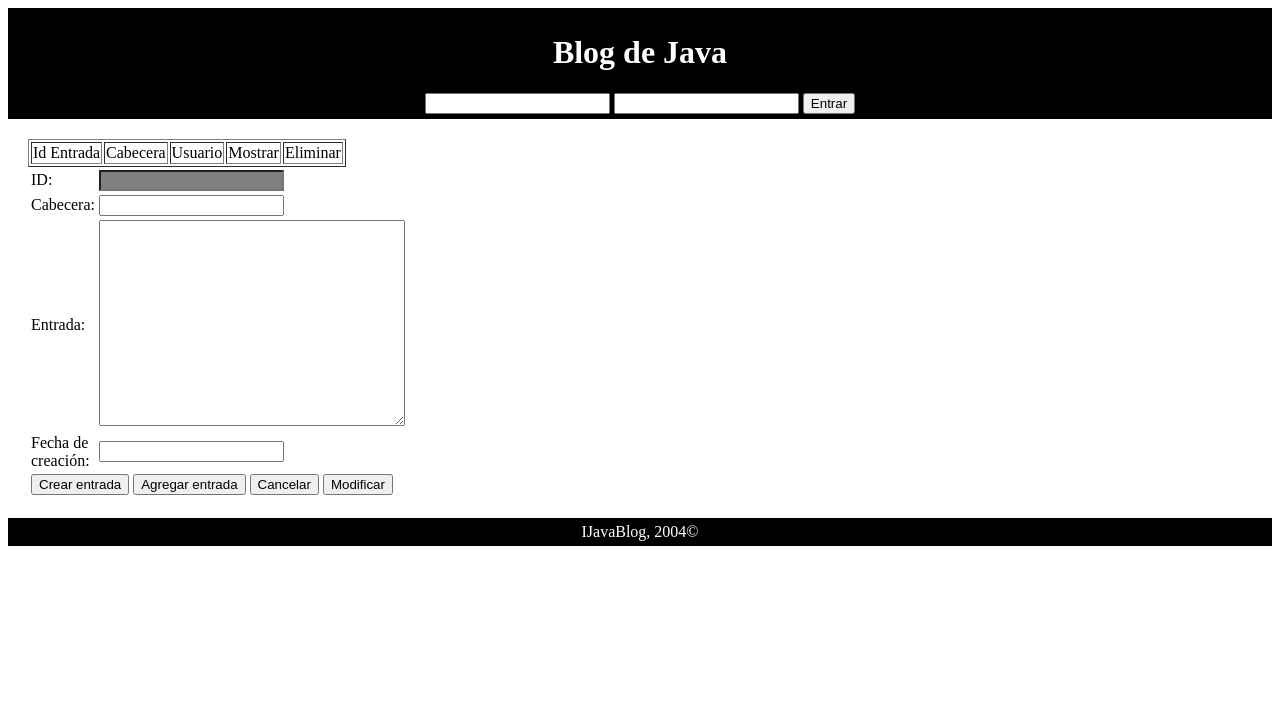
Repository: alruis/IJavaDreamBlog
Page: http://localhost/IJavaBlog/jsp/blog/inicio.jsp
An editor plug-in stored every save of this project. The page is shown before and after the next save, followed by the edit.
The browser window is 1280 px wide. The pictures show the whole page.
The page is served by Tomcat 9. Nobody is signed in. The application's start-up code is not run. The template is opened directly, without the code that normally fills it, so the values that code supplies are empty.

Above is the page before, as saved 2014-09-25 07:51:54.
Console error: ReferenceError: init is not defined

After the next save:
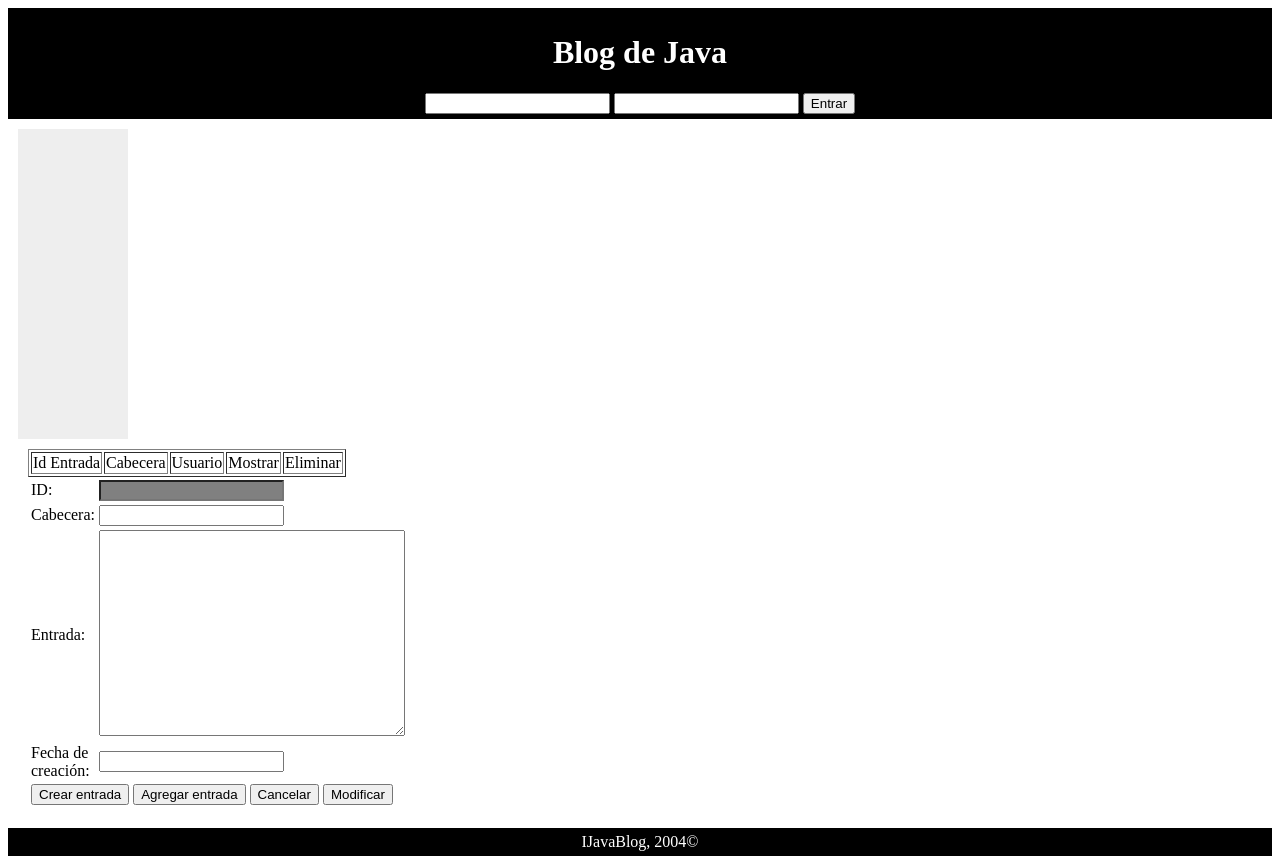
Saved 2 min 50 s later.
--- a/IJavaBlog/WebContent/jsp/blog/inicio.jsp
+++ b/IJavaBlog/WebContent/jsp/blog/inicio.jsp
@@ -61,6 +61,15 @@
 
 	}
 
+	div.navegacion{
+	 line-height:30px;
+    background-color:#eeeeee;
+    height:300px;
+    width:100px;
+    float:left;
+    padding:5px;
+	}
+
 
 
 
@@ -108,6 +117,9 @@
 
 </div>
 	<div id="body" class="cuerpo" >
+
+	<div id="navegacion" class="navegacion"></div>
+
 	<div id="entradas" class="entradas" >
 		<table id="tablaEntradas" border="1">
 
